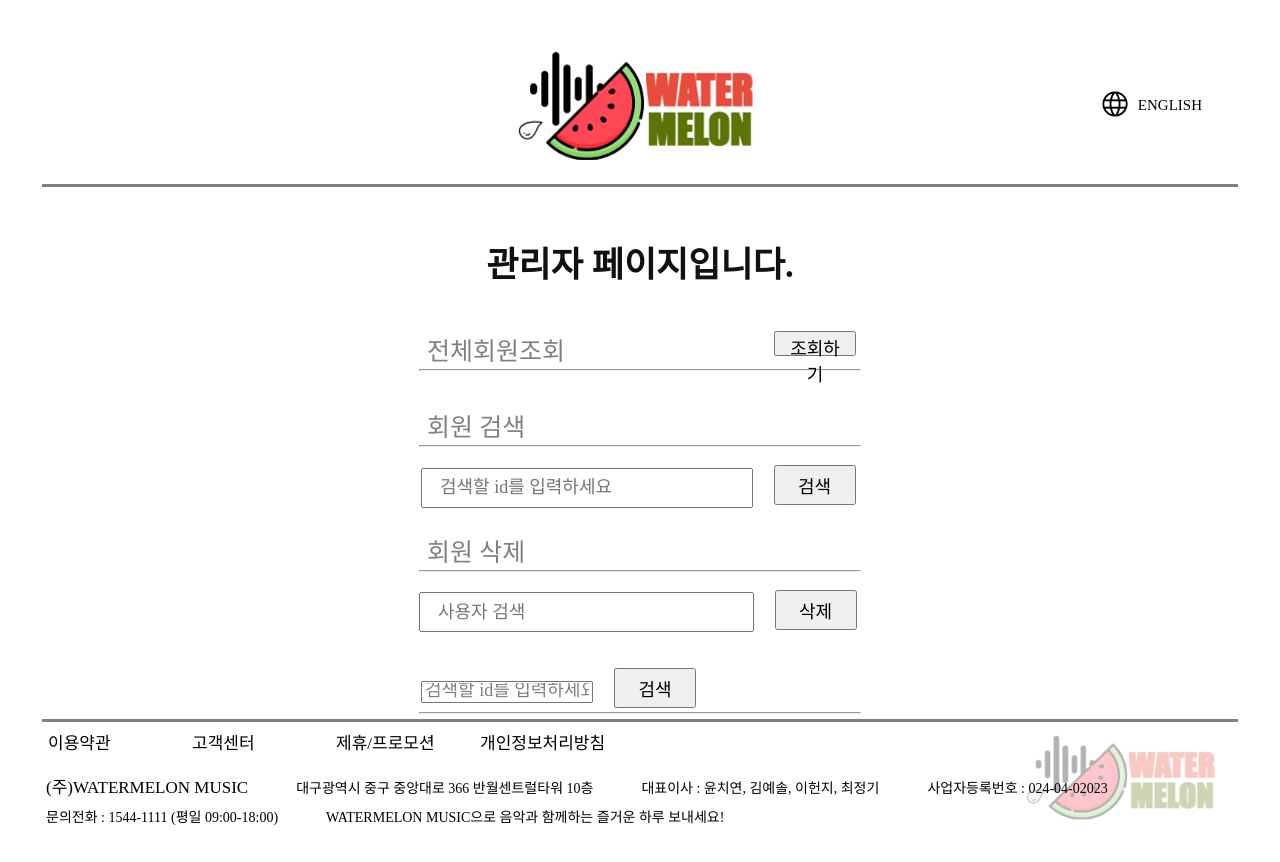
Repository: anchobb/TEAM_STS
Page: http://localhost/PJ_TEAM01/WEB-INF/views/member/member.jsp
The author's editor kept a copy of each file at every save. The page is drawn from the files as they stood at one save, then again after the next save.
The browser window is 1280 px wide. The pictures show the whole page.
Some web fonts or font styles are not loaded; a fallback is used. Some web libraries are served in a nearby version. The page is served by Tomcat 9. Nobody is signed in. The template is opened directly, without the code that normally fills it, so the values that code supplies are empty.

Above is the page before, as saved 2023-09-11 05:41:33.

After the next save:
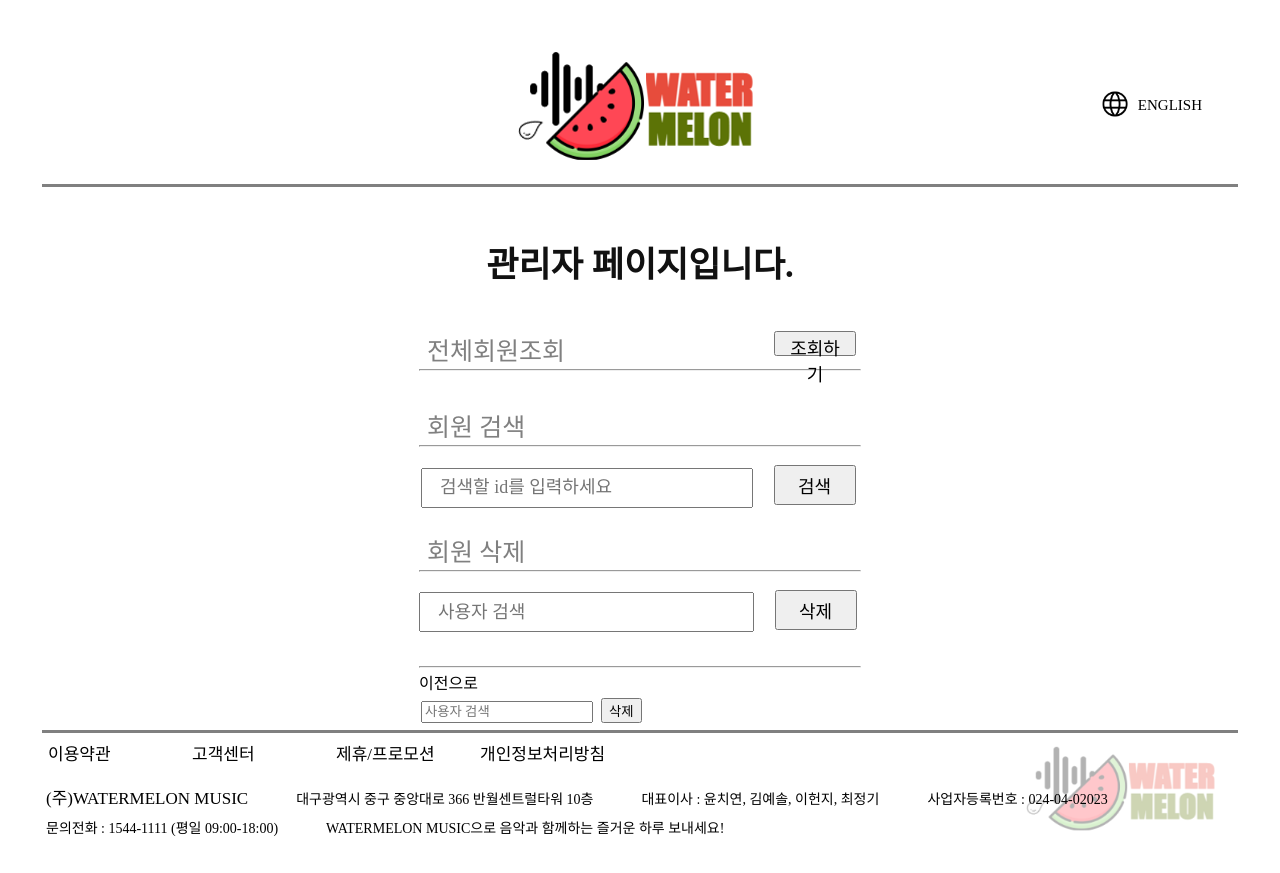
Saved 31 s later.
--- a/PJ_TEAM01/src/main/webapp/WEB-INF/views/member/member.jsp
+++ b/PJ_TEAM01/src/main/webapp/WEB-INF/views/member/member.jsp
@@ -58,7 +58,7 @@
 
 
 
-<%-- <div>
+ <div>
 	<hr/>
 	<a href="javascript:history.go(-1)">이전으로</a>
 
@@ -68,7 +68,7 @@
 	</form>
 </div>
 
-
+<%--
     <button class="alluser" id="showButton">모든회원검색</button>
     <div class="selectall">
     	<c:forEach items="${list}" var="dto">
@@ -77,7 +77,7 @@
 		</c:forEach>
     </div>
     <hr />
---%>
+
 
     <form action="member/search" method="post">
     <div class="search_block" style= display="none">
@@ -87,6 +87,7 @@
     <div class="oneshowBlock"></div>
     <hr />
 	</form>
+	--%>
 
 </section>
 <footer>
